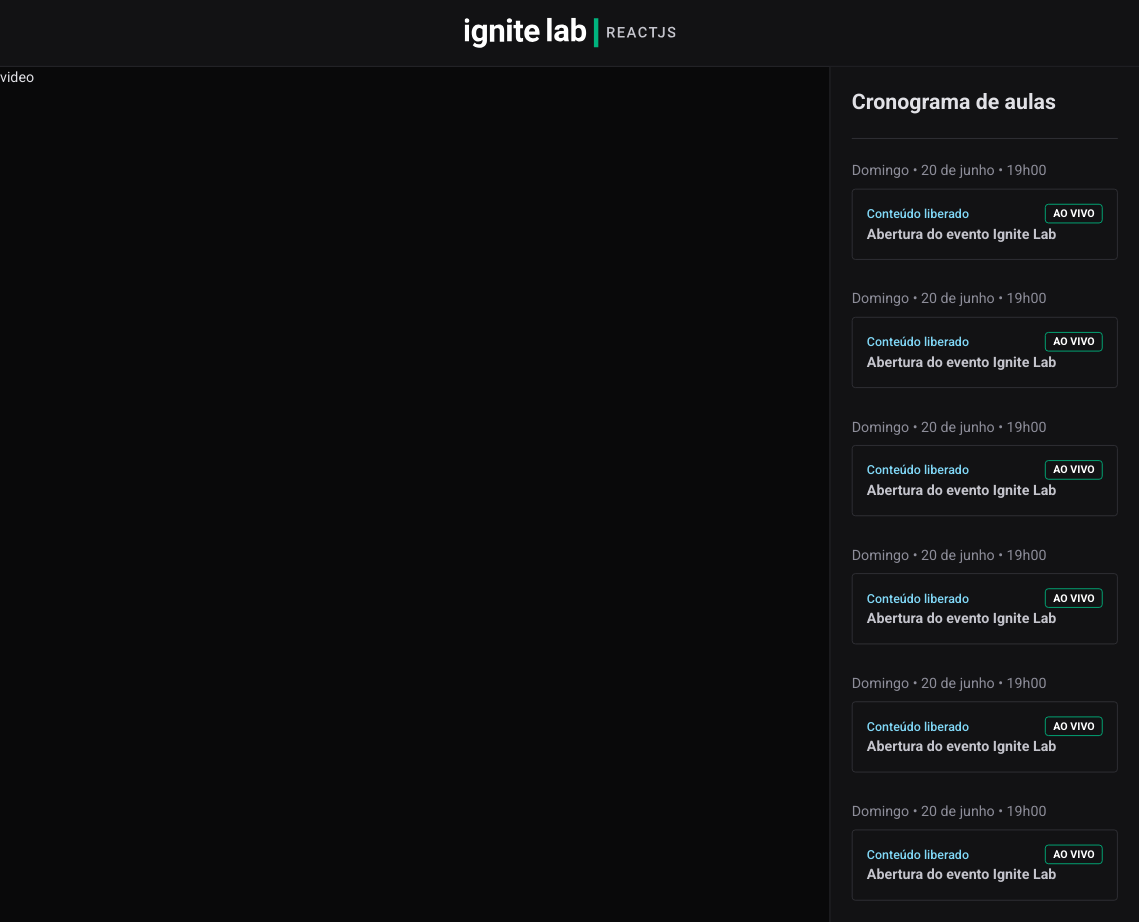
Repository: andynadvorny/event-platform
Page: /
These files come from the project's save history. The page is drawn as it stood at one moment and after the next save; the edit follows.
The browser window is 1280 px wide. The pictures show the whole page, at 89% of full size.
The project was rebuilt for these pictures with package versions that can differ from the ones it lists, and the page was loaded fresh each time. Also part of the build but not shown: vite.config.ts.

Above is the page before, as saved 2022-06-23 14:39:49.

### src/App.tsx
import { Event } from './pages/Event'

function App() {
  return (
    <Event />
  )
}

export default App

### src/lib/apollo.ts
import { ApolloClient, InMemoryCache } from "@apollo/client";

export const client = new ApolloClient({
  uri: 'https://api-sa-east-1.graphcms.com/v2/cl4q028zp2n6q01xs9d4d26wj/master',
  cache: new InMemoryCache()
});

### src/pages/Event.tsx
import { Header } from '../components/Header'
import { Sidebar } from '../components/Sidebar'
import { Video } from '../components/Video'

export function Event() {
  return (
    <div className="flex flex-col min-h-screen">
      <Header />
      <main className="flex flex-1">
        <Video />
        <Sidebar />
      </main>
    </div>
  )
}

### src/components/Sidebar.tsx
import { Lesson } from "./Lesson";

export function Sidebar() {
  return (
    <aside className="w-[348px] bg-gray-700 p-6 border-l border-gray-600">
      <span className="font-bold text-2xl pb-6 mb-6 border-b border-gray-500 block">
        Cronograma de aulas
      </span>
      <div className="flex flex-col gap-8">
        <Lesson />
        <Lesson />
        <Lesson />
        <Lesson />
        <Lesson />
        <Lesson />
      </div>
    </aside>
  )
}

### src/components/Video.tsx
export function Video() {
  return (
    <div className="flex-1">
      video
    </div>
  )
}

### src/components/Logo.tsx
export function Logo() {
  return (
    <svg
      xmlns="http://www.w3.org/2000/svg"
      width="237"
      height="34"
      fill="none"
      viewBox="0 0 237 34"
    >
      <path
        fill="#fff"
        d="M.002 3.112a2.49 2.49 0 01.165-.987c.12-.314.304-.595.535-.83A2.906 2.906 0 012.615.572c.698 0 1.374.257 1.912.723.23.24.412.524.536.837a2.701 2.701 0 010 1.979 2.568 2.568 0 01-.536.837 2.889 2.889 0 01-1.907.723 2.901 2.901 0 01-1.908-.723 2.458 2.458 0 01-.538-.84 2.645 2.645 0 01-.172-.996zm4.96 23.146H.273V7.862h4.689v18.397zM8.012 16.973c0-2.853.686-5.145 2.055-6.883a6.653 6.653 0 015.528-2.606 5.869 5.869 0 014.802 2.09l.2-1.751h4.538v17.95a7.891 7.891 0 01-1.12 4.246 7.243 7.243 0 01-3.147 2.752 11.155 11.155 0 01-4.742.94c-1.378 0-2.74-.279-4.008-.812a7.08 7.08 0 01-2.946-2.11l2.208-3.02a5.905 5.905 0 004.543 2.08 4.356 4.356 0 003.104-1.059 3.938 3.938 0 001.103-2.993v-.994a5.775 5.775 0 01-4.555 1.935 6.647 6.647 0 01-3.05-.652 6.615 6.615 0 01-2.408-1.967c-1.397-1.752-2.085-4.089-2.085-6.942v-.21h-.025l.005.006zm4.997.355a6.723 6.723 0 001.026 3.956 3.233 3.233 0 002.799 1.443c.651.045 1.3-.088 1.878-.39a3.52 3.52 0 001.396-1.305v-7.825a3.448 3.448 0 00-1.374-1.305 3.504 3.504 0 00-1.86-.39 3.28 3.28 0 00-1.61.365 3.22 3.22 0 00-1.219 1.103c-.688.975-1.036 2.418-1.036 4.348zM33.098 7.833l.158 2.196a6.527 6.527 0 012.371-1.927 6.38 6.38 0 012.971-.62c1.97 0 3.438.597 4.39 1.79.953 1.194 1.456 2.936 1.486 5.293v12.249h-4.962V14.683a3.367 3.367 0 00-.684-2.344 3.086 3.086 0 00-1.069-.598 3.008 3.008 0 00-1.211-.13 3.349 3.349 0 00-1.821.454c-.553.32-1.01.794-1.313 1.367v13.37H28.45V7.845l4.647-.012zM47.512 3.112a2.304 2.304 0 01.185-.988 2.42 2.42 0 01.59-.831A3.439 3.439 0 0150.404.57c.772 0 1.52.256 2.117.723.508.486.792 1.142.792 1.826 0 .683-.284 1.34-.792 1.826a3.417 3.417 0 01-2.11.723c-.77 0-1.517-.257-2.11-.723a2.47 2.47 0 01-.594-.839 2.342 2.342 0 01-.19-.994h-.005zm5.483 23.149h-5.18V7.86h5.18v18.4zM62.454 3.334v4.612h3.107v3.677h-3.107v9.382c-.05.53.091 1.063.395 1.495a1.824 1.824 0 001.473.45c.476.002.95-.035 1.421-.114v3.803a9.672 9.672 0 01-2.939.449c-3.398 0-5.128-1.775-5.19-5.32V11.644h-2.642V7.968h2.643V3.356h4.841v-.025l-.002.003zM76.487 27.08a9.277 9.277 0 01-6.759-2.55c-1.74-1.699-2.605-3.957-2.605-6.797v-.494a11.295 11.295 0 011.098-5.08 8.141 8.141 0 013.111-3.465 8.72 8.72 0 014.59-1.22c2.577 0 4.62.815 6.098 2.449 1.478 1.633 2.226 3.94 2.226 6.929v2.055h-12.01a4.665 4.665 0 001.473 2.971 4.487 4.487 0 003.111 1.111 5.426 5.426 0 004.548-2.115l2.476 2.781a7.506 7.506 0 01-3.07 2.507 9.81 9.81 0 01-4.287.916v.002zm-.594-15.514a3.127 3.127 0 00-2.428 1.012 5.405 5.405 0 00-1.188 2.912h7.006v-.405a3.749 3.749 0 00-.908-2.608 3.252 3.252 0 00-2.45-.908h-.03l-.002-.003zM97.771 26.259h-4.957V0h4.957V26.26zM112.209 26.259c-.227-.444-.392-.997-.496-1.659-1.196 1.333-2.751 2.002-4.666 2.002-1.811 0-3.314-.523-4.504-1.572-1.191-1.049-1.786-2.372-1.786-3.966 0-1.96.725-3.464 2.179-4.513 1.453-1.049 3.553-1.58 6.3-1.59h2.273v-1.06c0-.854-.22-1.54-.659-2.051-.44-.513-1.131-.77-2.078-.77-.832 0-1.486.2-1.957.6-.474.4-.708.945-.708 1.64h-4.941c0-1.07.331-2.062.992-2.973.662-.91 1.597-1.626 2.804-2.144 1.206-.518 2.564-.778 4.069-.778 2.28 0 4.089.573 5.429 1.718 1.34 1.145 2.009 2.756 2.009 4.83v8.017c.012 1.754.256 3.082.735 3.983v.29h-4.992l-.003-.004zm-4.086-3.435c.728 0 1.402-.163 2.016-.486.614-.326 1.071-.76 1.367-1.308v-3.181h-1.846c-2.472 0-3.79.854-3.948 2.564l-.017.291c0 .614.217 1.123.649 1.523.434.4 1.026.6 1.779.6v-.003zM136.58 17.183c0 2.963-.632 5.273-1.898 6.931-1.265 1.659-3.032 2.488-5.3 2.488-2.006 0-3.608-.77-4.805-2.308l-.222 1.967h-4.444V.001h4.94v9.418c1.14-1.332 2.638-2 4.496-2 2.256 0 4.025.828 5.308 2.487 1.283 1.658 1.923 3.992 1.923 7v.274l.002.003zm-4.94-.358c0-1.868-.296-3.233-.889-4.094-.592-.861-1.475-1.29-2.65-1.29-1.572 0-2.655.643-3.247 1.932v7.299c.604 1.298 1.697 1.95 3.282 1.95 1.584 0 2.643-.788 3.146-2.36.239-.752.358-1.897.358-3.437z"
      ></path>
      <path
        fill="#C4C4CC"
        d="M164.51 17.501h-2.283v4.53h-2.048v-11.78h4.143c1.36 0 2.408.306 3.149.915.74.61 1.108 1.493 1.108 2.648 0 .787-.19 1.449-.57 1.98-.38.532-.911.94-1.59 1.226l2.646 4.906v.106h-2.194l-2.364-4.531h.003zm-2.283-1.65h2.105c.691 0 1.229-.176 1.619-.524.39-.348.582-.824.582-1.429 0-.604-.18-1.12-.538-1.466-.358-.345-.893-.523-1.606-.533h-2.162V15.85zM179.066 16.773h-4.839v3.625h5.656v1.634h-7.704V10.25h7.648v1.65h-5.6v3.253h4.839v1.62zM189.803 19.29h-4.565l-.955 2.744h-2.127l4.452-11.783h1.836l4.459 11.783h-2.137l-.963-2.744zm-3.99-1.65h3.415l-1.707-4.89-1.708 4.89zM204.716 18.197c-.119 1.256-.583 2.238-1.392 2.941-.81.703-1.885 1.056-3.228 1.056-.938 0-1.764-.222-2.48-.668-.715-.445-1.266-1.079-1.656-1.898-.387-.82-.589-1.772-.607-2.858v-1.1c0-1.11.198-2.09.59-2.937.392-.846.96-1.5 1.695-1.96.736-.458 1.587-.688 2.554-.688 1.301 0 2.347.353 3.139 1.057.792.703 1.254 1.7 1.385 2.99h-2.039c-.096-.846-.343-1.458-.74-1.833-.397-.375-.977-.563-1.745-.563-.89 0-1.574.326-2.05.977-.479.652-.721 1.605-.733 2.863v1.044c0 1.273.227 2.245.683 2.917.457.668 1.123 1.004 2.004 1.004.805 0 1.409-.18 1.814-.543.405-.363.661-.962.77-1.804h2.038l-.002.003zM216.481 11.902h-3.674v10.132h-2.031V11.902h-3.642V10.25h9.347v1.65zM222.759 10.251h2.039v8.262c0 1.127-.353 2.023-1.057 2.687-.703.664-1.633.995-2.788.995-1.229 0-2.179-.311-2.848-.93-.669-.62-1.004-1.484-1.004-2.59h2.038c0 .627.156 1.096.467 1.412.31.316.76.474 1.347.474.55 0 .989-.183 1.315-.545.326-.366.489-.867.489-1.51V10.25h.002zM234.952 18.999c0-.518-.183-.918-.545-1.197-.363-.279-1.022-.563-1.972-.849-.95-.286-1.705-.604-2.265-.955-1.074-.674-1.612-1.555-1.612-2.638 0-.95.388-1.732 1.163-2.347.774-.614 1.779-.922 3.015-.922.819 0 1.55.15 2.194.454a3.597 3.597 0 011.513 1.29c.367.558.55 1.177.55 1.858h-2.038c0-.614-.193-1.095-.578-1.443-.385-.348-.938-.524-1.656-.524-.668 0-1.189.144-1.557.43-.37.286-.555.686-.555 1.197 0 .432.2.792.6 1.08.399.29 1.056.57 1.974.842.918.271 1.653.582 2.208.93.556.348.963.748 1.222 1.197.259.452.387.977.387 1.582 0 .982-.375 1.762-1.127 2.342-.753.58-1.775.87-3.063.87a5.755 5.755 0 01-2.352-.473c-.715-.316-1.27-.75-1.668-1.308-.397-.555-.594-1.204-.594-1.942h2.048c0 .669.222 1.187.664 1.555.441.367 1.075.55 1.902.55.713 0 1.246-.143 1.607-.432.357-.288.538-.671.538-1.145l-.003-.002z"
      ></path>
      <path fill="#00B37E" d="M150.271 33.146h-4.958V.57h4.958v32.576z"></path>
    </svg>
  );
}

### src/components/Lesson.tsx
export function Lesson() {
  return (
    <a href="#">
      <span className="text-gray-300">
        Domingo • 20 de junho • 19h00
      </span>

      <div className="rounded border border-gray-500 p-4 mt-2">
        <header className="flex items-center justify-between">
          <span className="text-sm text-blue-500 font-medium">
            Conteúdo liberado
          </span>
          <span className="text-xs rounded py-[2px] px-2 border border-green-300 text-white font-bold">
            AO VIVO
          </span>
        </header>
        <strong className="text-gray-200 mt-5">
          Abertura do evento Ignite Lab
        </strong>
      </div>
    </a>
  )
}

### tailwind.config.js
/** @type {import('tailwindcss').Config} */
module.exports = {
  content: [
    './src/**/*.tsx'
  ],
  theme: {
    extend: {
      fontFamily: {
        sans: 'Roboto, sans-serif'
      },
      colors: {
        green: {
          300: '#00B37E',
          500: '#00875F',
          700: '#015F43',
        },
        blue: {
          500: '#81D8F7',
        },
        orange: {
          500: '#FBA94C',
        },
        red: {
          500: '#F75A68',
        },
        gray: {
          100: '#E1E1E6',
          200: '#C4C4CC',
          300: '#8D8D99',
          500: '#323238',
          600: '#29292E',
          700: '#121214',
          900: '#09090A'
        }
      }
    },
  },
  plugins: [],
}

Loaded but not shown: index.html (common file); src/main.tsx (common file); src/styles/global.css (common file); src/components/Header.tsx (common file)

After the next save:
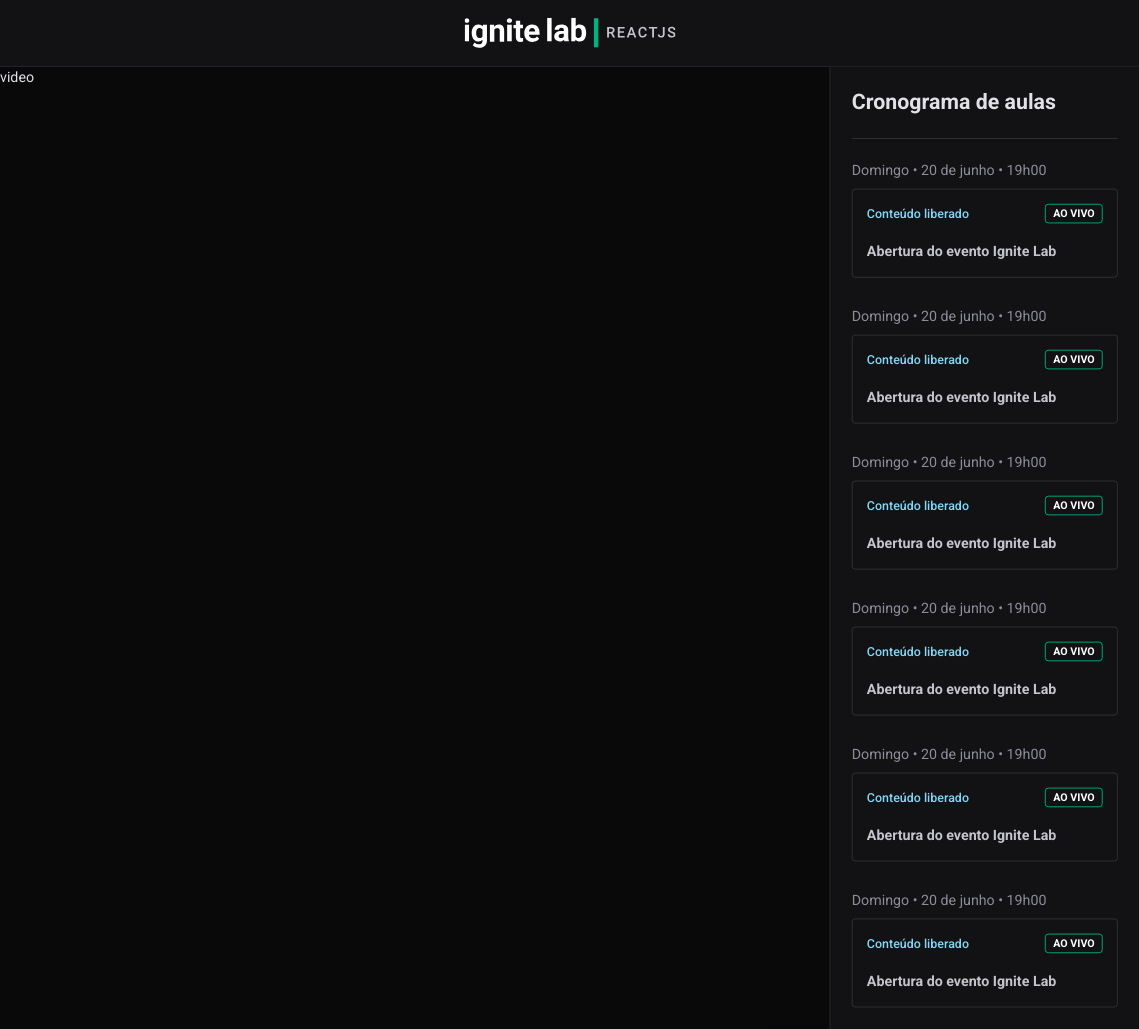
Saved 7 s later.
--- a/src/components/Lesson.tsx
+++ b/src/components/Lesson.tsx
@@ -14,7 +14,7 @@
             AO VIVO
           </span>
         </header>
-        <strong className="text-gray-200 mt-5">
+        <strong className="text-gray-200 mt-5 block">
           Abertura do evento Ignite Lab
         </strong>
       </div>
